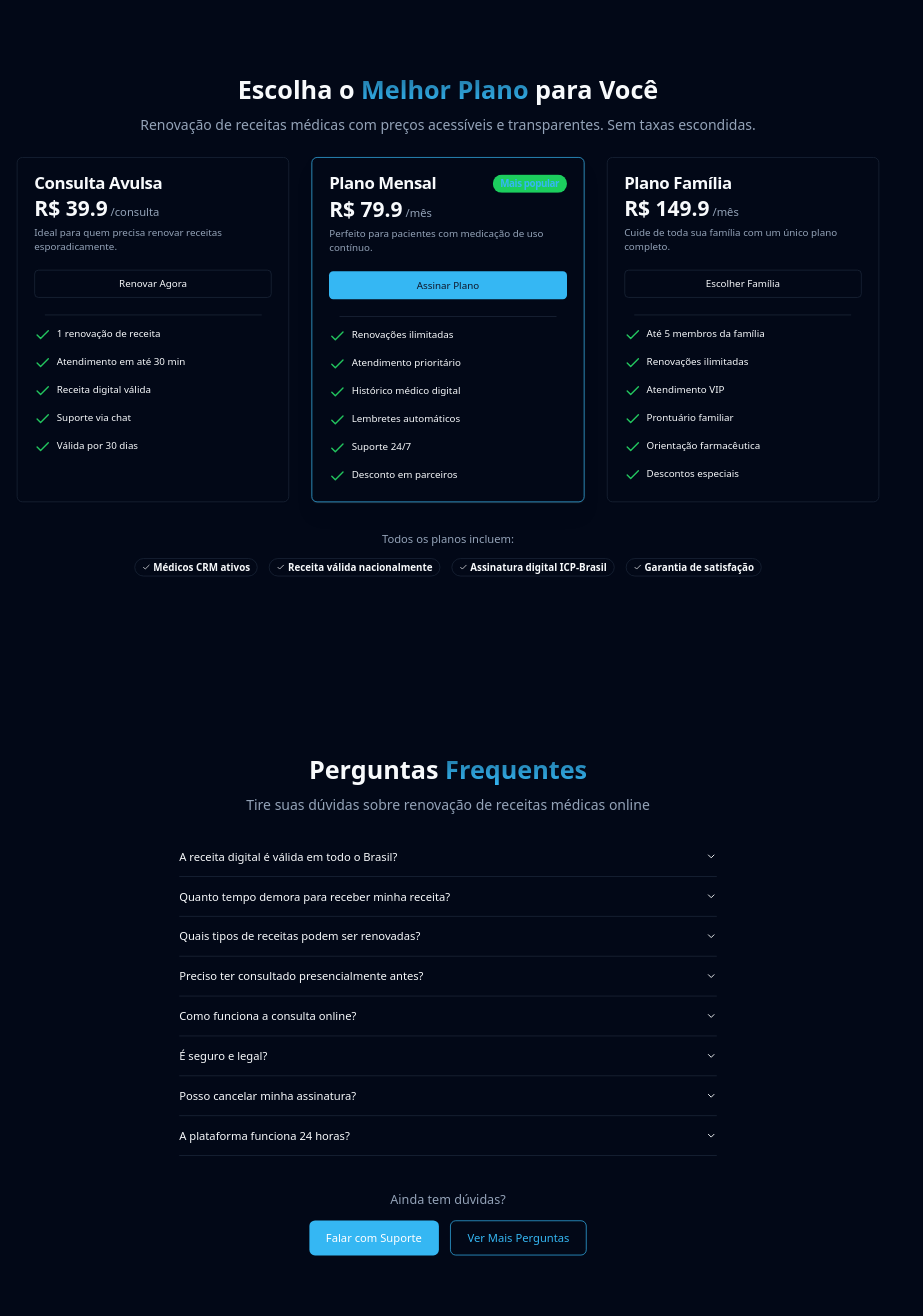
Repository: xoiurp/saude-digital
Page: /
The author's editor kept a copy of each file at every save. The page is drawn from the files as they stood at one save, then again after the next save.
The browser window is 1280 px wide. The page is 1318 px wide, so the pictures cover 1318 px, including what lies to the right of the window. The pictures show the part of the page from y = 4238 to 6118 px (the page is 6947 px tall before and 6945 px after), at 70% of full size.
The project was rebuilt for these pictures with package versions that can differ from the ones it lists, and the page was loaded fresh each time. Also part of the build but not shown: vite.config.ts.

Above is the page before, as saved 2025-09-09 16:01:05.

### index.html
<!doctype html>
<html lang="pt-BR">
  <head>
    <meta charset="UTF-8" />
    <link rel="icon" type="image/svg+xml" href="/vite.svg" />
    <meta name="viewport" content="width=device-width, initial-scale=1.0" />
    <meta name="description" content="Renove sua receita médica online com segurança e praticidade. Consulta médica 24h, receita digital válida em todo Brasil. Renovação em minutos!">
    <meta name="keywords" content="renovar receita, receita médica online, telemedicina, consulta online, receita digital">
    <title>RenovaReceitas - Renovação de Receitas Médicas Online 24h</title>
  </head>
  <body>
    <div id="root"></div>
    <script type="module" src="/src/main.tsx"></script>
  </body>
</html>

### src/App.tsx
import { About } from "./components/About";
import { Cta } from "./components/Cta";
import { FAQ } from "./components/FAQ";
import { Features } from "./components/Features";
import { Footer } from "./components/Footer";
import { Hero } from "./components/Hero";
import { HowItWorks } from "./components/HowItWorks";
import { Navbar } from "./components/Navbar";
import { Newsletter } from "./components/Newsletter";
import { Pricing } from "./components/Pricing";
import { Sponsors } from "./components/Sponsors";
import { Team } from "./components/Team";
import { Testimonials } from "./components/Testimonials";
import { WhatsAppButton } from "./components/WhatsAppButton";
import "./App.css";

function App() {
  return (
    <>
      <Navbar />
      <Hero />
      <Features />
      <HowItWorks />
      <Cta />
      <Testimonials />
      <Pricing />
      <FAQ />
      <Newsletter />
      <Footer />
      <WhatsAppButton />
    </>
  );
}

export default App;

### src/components/theme-provider.tsx
import { createContext, useContext, useEffect, useState } from "react";

type Theme = "dark" | "light" | "system";

type ThemeProviderProps = {
  children: React.ReactNode;
  defaultTheme?: Theme;
  storageKey?: string;
};

type ThemeProviderState = {
  theme: Theme;
  setTheme: (theme: Theme) => void;
};

const initialState: ThemeProviderState = {
  theme: "system",
  setTheme: () => null,
};

const ThemeProviderContext = createContext<ThemeProviderState>(initialState);

export function ThemeProvider({
  children,
  defaultTheme = "dark",
  storageKey = "vite-ui-theme",
  ...props
}: ThemeProviderProps) {
  const [theme, setTheme] = useState<Theme>(
    () => (localStorage.getItem(storageKey) as Theme) || defaultTheme
  );

  useEffect(() => {
    const root = window.document.documentElement;

    root.classList.remove("light", "dark");

    if (theme === "system") {
      const systemTheme = window.matchMedia("(prefers-color-scheme: dark)")
        .matches
        ? "dark"
        : "light";

      root.classList.add(systemTheme);
      return;
    }

    root.classList.add(theme);
  }, [theme]);

  const value = {
    theme,
    setTheme: (theme: Theme) => {
      localStorage.setItem(storageKey, theme);
      setTheme(theme);
    },
  };

  return (
    <ThemeProviderContext.Provider
      {...props}
      value={value}
    >
      {children}
    </ThemeProviderContext.Provider>
  );
}

export const useTheme = () => {
  const context = useContext(ThemeProviderContext);

  if (context === undefined)
    throw new Error("useTheme must be used within a ThemeProvider");

  return context;
};

### src/components/Newsletter.tsx
import { Button } from "./ui/button";
import { Input } from "./ui/input";

export const Newsletter = () => {
  const handleSubmit = (e: any) => {
    e.preventDefault();
    console.log("Cadastrar-sed!");
  };

  return (
    <section id="Newsletter">
      <hr className="w-11/12 mx-auto" />

      <div className="container py-24 sm:py-32">
        <h3 className="text-center text-4xl md:text-5xl font-bold">
          Cadastra-se para receber{" "}
          <span className="bg-gradient-to-b from-primary/60 to-primary text-transparent bg-clip-text">
            Newsletter
          </span>
        </h3>
        <p className="text-xl text-muted-foreground text-center mt-4 mb-8">
          Enviaremos apenas o necessário.
        </p>

        <form
          className="flex flex-col w-full md:flex-row md:w-6/12 lg:w-4/12 mx-auto gap-4 md:gap-2"
          onSubmit={handleSubmit}
        >
          <Input
            placeholder="leomirandadev@gmail.com"
            className="bg-muted/50 dark:bg-muted/80 "
            aria-label="email"
          />
          <Button>Cadastrar-se</Button>
        </form>
      </div>

      <hr className="w-11/12 mx-auto" />
    </section>
  );
};

### src/components/Pricing.tsx
import { Badge } from "@/components/ui/badge";
import { Button } from "@/components/ui/button";
import {
  Card,
  CardContent,
  CardDescription,
  CardFooter,
  CardHeader,
  CardTitle,
} from "@/components/ui/card";
import { Check, X } from "lucide-react";

enum PopularPlanType {
  NO = 0,
  YES = 1,
}

interface PricingProps {
  title: string;
  popular: PopularPlanType;
  price: number;
  description: string;
  buttonText: string;
  benefitList: string[];
  limitations?: string[];
}

const pricingList: PricingProps[] = [
  {
    title: "Consulta Avulsa",
    popular: 0,
    price: 39.90,
    description:
      "Ideal para quem precisa renovar receitas esporadicamente.",
    buttonText: "Renovar Agora",
    benefitList: [
      "1 renovação de receita",
      "Atendimento em até 30 min",
      "Receita digital válida",
      "Suporte via chat",
      "Válida por 30 dias",
    ],
  },
  {
    title: "Plano Mensal",
    popular: 1,
    price: 79.90,
    description:
      "Perfeito para pacientes com medicação de uso contínuo.",
    buttonText: "Assinar Plano",
    benefitList: [
      "Renovações ilimitadas",
      "Atendimento prioritário",
      "Histórico médico digital",
      "Lembretes automáticos",
      "Suporte 24/7",
      "Desconto em parceiros",
    ],
  },
  {
    title: "Plano Família",
    popular: 0,
    price: 149.90,
    description:
      "Cuide de toda sua família com um único plano completo.",
    buttonText: "Escolher Família",
    benefitList: [
      "Até 5 membros da família",
      "Renovações ilimitadas",
      "Atendimento VIP",
      "Prontuário familiar",
      "Orientação farmacêutica",
      "Descontos especiais",
    ],
  },
];

export const Pricing = () => {
  return (
    <section
      id="pricing"
      className="container py-24 sm:py-32"
    >
      <h2 className="text-3xl md:text-4xl font-bold text-center">
        Escolha o
        <span className="bg-gradient-to-b from-primary/60 to-primary text-transparent bg-clip-text">
          {" "}
          Melhor Plano{" "}
        </span>
        para Você
      </h2>
      <h3 className="text-xl text-center text-muted-foreground pt-4 pb-8">
        Renovação de receitas médicas com preços acessíveis e transparentes.
        Sem taxas escondidas.
      </h3>
      <div className="grid md:grid-cols-2 lg:grid-cols-3 gap-8">
        {pricingList.map((pricing: PricingProps) => (
          <Card
            key={pricing.title}
            className={
              pricing.popular === PopularPlanType.YES
                ? "drop-shadow-xl shadow-black/10 dark:shadow-white/10 border-primary"
                : ""
            }
          >
            <CardHeader>
              <CardTitle className="flex item-center justify-between">
                {pricing.title}
                {pricing.popular === PopularPlanType.YES ? (
                  <Badge
                    variant="secondary"
                    className="text-sm text-primary"
                  >
                    Mais popular
                  </Badge>
                ) : null}
              </CardTitle>
              <div>
                <span className="text-3xl font-bold">R$ {pricing.price}</span>
                <span className="text-muted-foreground"> /{pricing.title === "Consulta Avulsa" ? "consulta" : "mês"}</span>
              </div>

              <CardDescription>{pricing.description}</CardDescription>
            </CardHeader>

            <CardContent>
              <Button
                className="w-full"
                variant={pricing.popular === PopularPlanType.YES ? "default" : "outline"}
              >
                {pricing.buttonText}
              </Button>
            </CardContent>

            <hr className="w-4/5 m-auto mb-4" />

            <CardFooter className="flex">
              <div className="space-y-4">
                {pricing.benefitList.map((benefit: string) => (
                  <span
                    key={benefit}
                    className="flex"
                  >
                    <Check className="text-green-500 mr-2" />
                    <h3 className="text-sm">{benefit}</h3>
                  </span>
                ))}
              </div>
            </CardFooter>
          </Card>
        ))}
      </div>

      <div className="mt-10 text-center">
        <p className="text-muted-foreground mb-4">
          Todos os planos incluem:
        </p>
        <div className="flex flex-wrap justify-center gap-4">
          <Badge variant="outline" className="text-sm">
            <Check className="h-3 w-3 mr-1" />
            Médicos CRM ativos
          </Badge>
          <Badge variant="outline" className="text-sm">
            <Check className="h-3 w-3 mr-1" />
            Receita válida nacionalmente
          </Badge>
          <Badge variant="outline" className="text-sm">
            <Check className="h-3 w-3 mr-1" />
            Assinatura digital ICP-Brasil
          </Badge>
          <Badge variant="outline" className="text-sm">
            <Check className="h-3 w-3 mr-1" />
            Garantia de satisfação
          </Badge>
        </div>
      </div>
    </section>
  );
};

### src/components/WhatsAppButton.tsx
import { MessageCircle } from "lucide-react";

export const WhatsAppButton = () => {
  const whatsappUrl = "http://wa.me/5516981747790";

  return (
    <a
      href={whatsappUrl}
      target="_blank"
      rel="noopener noreferrer"
      className="fixed bottom-6 right-6 z-50 bg-green-500 hover:bg-green-600 text-white p-4 rounded-full shadow-lg transition-all duration-300 hover:scale-110 flex items-center justify-center group"
      aria-label="Contato via WhatsApp"
    >
      <MessageCircle className="h-6 w-6" />
      <span className="absolute right-full mr-3 bg-gray-800 text-white text-sm px-3 py-2 rounded-lg opacity-0 group-hover:opacity-100 transition-opacity duration-300 whitespace-nowrap">
        Fale conosco no WhatsApp
      </span>
    </a>
  );
};

### src/App.css
@tailwind base;
@tailwind components;
@tailwind utilities;

@layer base {
  /* Light mode - Medical theme with blue and green tones */
  :root {
    --background: 0 0% 100%;
    --foreground: 222.2 84% 4.9%;

    --card: 0 0% 100%;
    --card-foreground: 222.2 84% 4.9%;

    --popover: 0 0% 100%;
    --popover-foreground: 222.2 84% 4.9%;

    /* Primary - Medical Blue */
    --primary: 199 89% 48%;
    --primary-foreground: 0 0% 100%;

    /* Secondary - Soft Green */
    --secondary: 142 76% 36%;
    --secondary-foreground: 0 0% 100%;

    --muted: 210 40% 96.1%;
    --muted-foreground: 215.4 16.3% 46.9%;

    --accent: 210 40% 96.1%;
    --accent-foreground: 222.2 47.4% 11.2%;

    --destructive: 0 84.2% 60.2%;
    --destructive-foreground: 210 40% 98%;

    --border: 214.3 31.8% 91.4%;
    --input: 214.3 31.8% 91.4%;
    --ring: 199 89% 48%;

    --radius: 0.5rem;
  }

  /* Dark mode - Medical theme */
  .dark {
    --background: 222.2 84% 4.9%;
    --foreground: 210 40% 98%;

    --card: 222.2 84% 4.9%;
    --card-foreground: 210 40% 98%;

    --popover: 222.2 84% 4.9%;
    --popover-foreground: 210 40% 98%;

    /* Primary - Medical Blue (lighter for dark mode) */
    --primary: 199 89% 58%;
    --primary-foreground: 222.2 47.4% 11.2%;

    /* Secondary - Soft Green (lighter for dark mode) */
    --secondary: 142 76% 46%;
    --secondary-foreground: 222.2 47.4% 11.2%;

    --muted: 217.2 32.6% 17.5%;
    --muted-foreground: 215 20.2% 65.1%;

    --accent: 217.2 32.6% 17.5%;
    --accent-foreground: 210 40% 98%;

    --destructive: 0 62.8% 30.6%;
    --destructive-foreground: 210 40% 98%;

    --border: 217.2 32.6% 17.5%;
    --input: 217.2 32.6% 17.5%;
    --ring: 199 89% 58%;
  }
}

@layer base {
  * {
    @apply border-border;
  }
  body {
    @apply bg-background text-foreground;
  }
}

### src/components/ui/button.tsx
import * as React from "react"
import { Slot } from "@radix-ui/react-slot"
import { cva, type VariantProps } from "class-variance-authority"

import { cn } from "@/lib/utils"

const buttonVariants = cva(
  "inline-flex items-center justify-center whitespace-nowrap rounded-md text-sm font-medium ring-offset-background transition-colors focus-visible:outline-none focus-visible:ring-2 focus-visible:ring-ring focus-visible:ring-offset-2 disabled:pointer-events-none disabled:opacity-50",
  {
    variants: {
      variant: {
        default: "bg-primary text-primary-foreground hover:bg-primary/90",
        destructive:
          "bg-destructive text-destructive-foreground hover:bg-destructive/90",
        outline:
          "border border-input bg-background hover:bg-accent hover:text-accent-foreground",
        secondary:
          "bg-secondary text-secondary-foreground hover:bg-secondary/80",
        ghost: "hover:bg-accent hover:text-accent-foreground",
        link: "text-primary underline-offset-4 hover:underline",
      },
      size: {
        default: "h-10 px-4 py-2",
        sm: "h-9 rounded-md px-3",
        lg: "h-11 rounded-md px-8",
        icon: "h-10 w-10",
      },
    },
    defaultVariants: {
      variant: "default",
      size: "default",
    },
  }
)

export interface ButtonProps
  extends React.ButtonHTMLAttributes<HTMLButtonElement>,
    VariantProps<typeof buttonVariants> {
  asChild?: boolean
}

const Button = React.forwardRef<HTMLButtonElement, ButtonProps>(
  ({ className, variant, size, asChild = false, ...props }, ref) => {
    const Comp = asChild ? Slot : "button"
    return (
      <Comp
        className={cn(buttonVariants({ variant, size, className }))}
        ref={ref}
        {...props}
      />
    )
  }
)
Button.displayName = "Button"

export { Button, buttonVariants }

### src/components/ui/badge.tsx
import * as React from "react"
import { cva, type VariantProps } from "class-variance-authority"

import { cn } from "@/lib/utils"

const badgeVariants = cva(
  "inline-flex items-center rounded-full border px-2.5 py-0.5 text-xs font-semibold transition-colors focus:outline-none focus:ring-2 focus:ring-ring focus:ring-offset-2",
  {
    variants: {
      variant: {
        default:
          "border-transparent bg-primary text-primary-foreground hover:bg-primary/80",
        secondary:
          "border-transparent bg-secondary text-secondary-foreground hover:bg-secondary/80",
        destructive:
          "border-transparent bg-destructive text-destructive-foreground hover:bg-destructive/80",
        outline: "text-foreground",
      },
    },
    defaultVariants: {
      variant: "default",
    },
  }
)

export interface BadgeProps
  extends React.HTMLAttributes<HTMLDivElement>,
    VariantProps<typeof badgeVariants> {}

function Badge({ className, variant, ...props }: BadgeProps) {
  return (
    <div className={cn(badgeVariants({ variant }), className)} {...props} />
  )
}

export { Badge, badgeVariants }

### src/components/ui/card.tsx
import * as React from "react"

import { cn } from "@/lib/utils"

const Card = React.forwardRef<
  HTMLDivElement,
  React.HTMLAttributes<HTMLDivElement>
>(({ className, ...props }, ref) => (
  <div
    ref={ref}
    className={cn(
      "rounded-lg border bg-card text-card-foreground shadow-sm",
      className
    )}
    {...props}
  />
))
Card.displayName = "Card"

const CardHeader = React.forwardRef<
  HTMLDivElement,
  React.HTMLAttributes<HTMLDivElement>
>(({ className, ...props }, ref) => (
  <div
    ref={ref}
    className={cn("flex flex-col space-y-1.5 p-6", className)}
    {...props}
  />
))
CardHeader.displayName = "CardHeader"

const CardTitle = React.forwardRef<
  HTMLParagraphElement,
  React.HTMLAttributes<HTMLHeadingElement>
>(({ className, ...props }, ref) => (
  <h3
    ref={ref}
    className={cn(
      "text-2xl font-semibold leading-none tracking-tight",
      className
    )}
    {...props}
  />
))
CardTitle.displayName = "CardTitle"

const CardDescription = React.forwardRef<
  HTMLParagraphElement,
  React.HTMLAttributes<HTMLParagraphElement>
>(({ className, ...props }, ref) => (
  <p
    ref={ref}
    className={cn("text-sm text-muted-foreground", className)}
    {...props}
  />
))
CardDescription.displayName = "CardDescription"

const CardContent = React.forwardRef<
  HTMLDivElement,
  React.HTMLAttributes<HTMLDivElement>
>(({ className, ...props }, ref) => (
  <div ref={ref} className={cn("p-6 pt-0", className)} {...props} />
))
CardContent.displayName = "CardContent"

const CardFooter = React.forwardRef<
  HTMLDivElement,
  React.HTMLAttributes<HTMLDivElement>
>(({ className, ...props }, ref) => (
  <div
    ref={ref}
    className={cn("flex items-center p-6 pt-0", className)}
    {...props}
  />
))
CardFooter.displayName = "CardFooter"

export { Card, CardHeader, CardFooter, CardTitle, CardDescription, CardContent }

### src/components/mode-toggle.tsx
import { Button } from "@/components/ui/button";
import {
  DropdownMenu,
  DropdownMenuContent,
  DropdownMenuItem,
  DropdownMenuTrigger,
} from "@/components/ui/dropdown-menu";
import { useTheme } from "@/components/theme-provider";
import { Moon, Sun } from "lucide-react";

export function ModeToggle() {
  const { setTheme } = useTheme();

  return (
    <DropdownMenu>
      <DropdownMenuTrigger asChild>
        <Button
          variant="ghost"
          size="icon"
          className="ghost"
        >
          <Sun className="h-[1.1rem] w-[1.2rem] rotate-0 scale-100 transition-all dark:-rotate-90 dark:scale-0" />
          <Moon className="absolute h-[1.1rem] w-[1.2rem] rotate-90 scale-0 transition-all dark:rotate-0 dark:scale-100" />
          <span className="sr-only">Toggle theme</span>
        </Button>
      </DropdownMenuTrigger>
      <DropdownMenuContent align="end">
        <DropdownMenuItem onClick={() => setTheme("light")}>
          Light
        </DropdownMenuItem>
        <DropdownMenuItem onClick={() => setTheme("dark")}>
          Dark
        </DropdownMenuItem>
        <DropdownMenuItem onClick={() => setTheme("system")}>
          System
        </DropdownMenuItem>
      </DropdownMenuContent>
    </DropdownMenu>
  );
}

### src/components/ui/input.tsx
import * as React from "react"

import { cn } from "@/lib/utils"

export interface InputProps
  extends React.InputHTMLAttributes<HTMLInputElement> {}

const Input = React.forwardRef<HTMLInputElement, InputProps>(
  ({ className, type, ...props }, ref) => {
    return (
      <input
        type={type}
        className={cn(
          "flex h-10 w-full rounded-md border border-input bg-background px-3 py-2 text-sm ring-offset-background file:border-0 file:bg-transparent file:text-sm file:font-medium placeholder:text-muted-foreground focus-visible:outline-none focus-visible:ring-2 focus-visible:ring-ring focus-visible:ring-offset-2 disabled:cursor-not-allowed disabled:opacity-50",
          className
        )}
        ref={ref}
        {...props}
      />
    )
  }
)
Input.displayName = "Input"

export { Input }

### src/components/ui/avatar.tsx
import * as React from "react";
import * as AvatarPrimitive from "@radix-ui/react-avatar";

import { cn } from "@/lib/utils";

const Avatar = React.forwardRef<
  React.ElementRef<typeof AvatarPrimitive.Root>,
  React.ComponentPropsWithoutRef<typeof AvatarPrimitive.Root>
>(({ className, ...props }, ref) => (
  <AvatarPrimitive.Root
    ref={ref}
    className={cn(
      "relative flex h-10 w-10 shrink-0 overflow-hidden rounded-full",
      className
    )}
    {...props}
  />
));
Avatar.displayName = AvatarPrimitive.Root.displayName;

const AvatarImage = React.forwardRef<
  React.ElementRef<typeof AvatarPrimitive.Image>,
  React.ComponentPropsWithoutRef<typeof AvatarPrimitive.Image>
>(({ className, ...props }, ref) => (
  <AvatarPrimitive.Image
    ref={ref}
    className={cn("aspect-square h-full w-full", className)}
    {...props}
  />
));
AvatarImage.displayName = AvatarPrimitive.Image.displayName;

const AvatarFallback = React.forwardRef<
  React.ElementRef<typeof AvatarPrimitive.Fallback>,
  React.ComponentPropsWithoutRef<typeof AvatarPrimitive.Fallback>
>(({ className, ...props }, ref) => (
  <AvatarPrimitive.Fallback
    ref={ref}
    className={cn(
      "flex h-full w-full items-center justify-center rounded-full bg-muted",
      className
    )}
    {...props}
  />
));
AvatarFallback.displayName = AvatarPrimitive.Fallback.displayName;

export { Avatar, AvatarImage, AvatarFallback };

Loaded but not shown: src/main.tsx (common file); src/index.css (common file); src/lib/utils.ts (common file); tailwind.config.js (common file); src/components/Icons.tsx (664 lines, source omitted); src/components/ui/dropdown-menu.tsx (198 lines, source omitted); src/components/ui/navigation-menu.tsx (128 lines, source omitted); src/components/HeroCards.tsx (133 lines, source omitted); src/components/ui/sheet.tsx (138 lines, source omitted); src/components/FAQ.tsx (109 lines, source omitted); src/components/Footer.tsx (168 lines, source omitted); src/components/Navbar.tsx (142 lines, source omitted); src/components/Features.tsx (137 lines, source omitted); src/components/HowItWorks.tsx (118 lines, source omitted); src/components/Testimonials.tsx (111 lines, source omitted); src/components/Hero.tsx (66 lines, source omitted); src/components/Cta.tsx (51 lines, source omitted); src/components/ui/accordion.tsx (60 lines, source omitted)

After the next save:
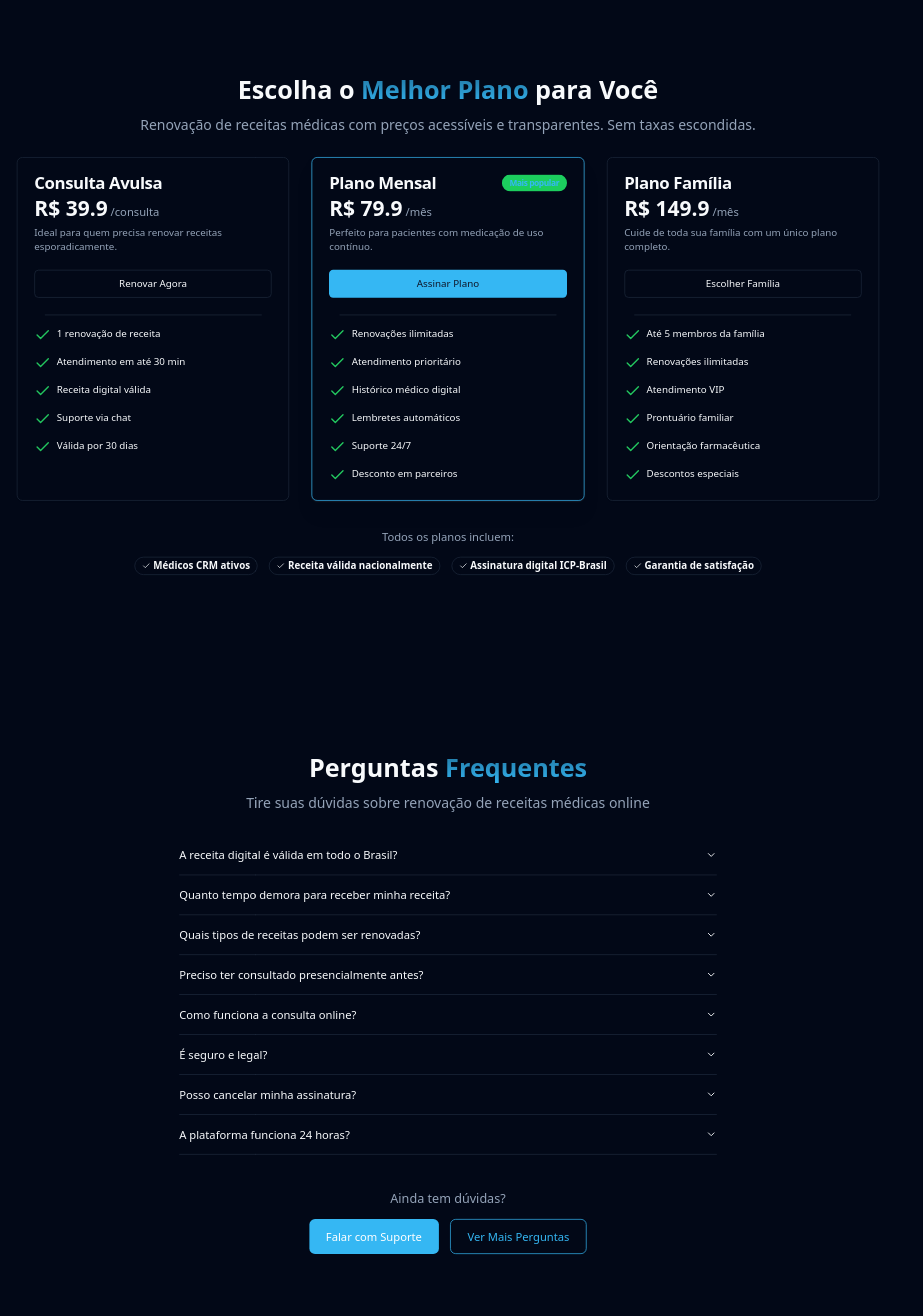
Saved 25 s later.
--- a/src/components/Pricing.tsx
+++ b/src/components/Pricing.tsx
@@ -109,7 +109,7 @@ export const Pricing = () => {
                 {pricing.popular === PopularPlanType.YES ? (
                   <Badge
                     variant="secondary"
-                    className="text-sm text-primary"
+                    className="text-s text-primary"
                   >
                     Mais popular
                   </Badge>
